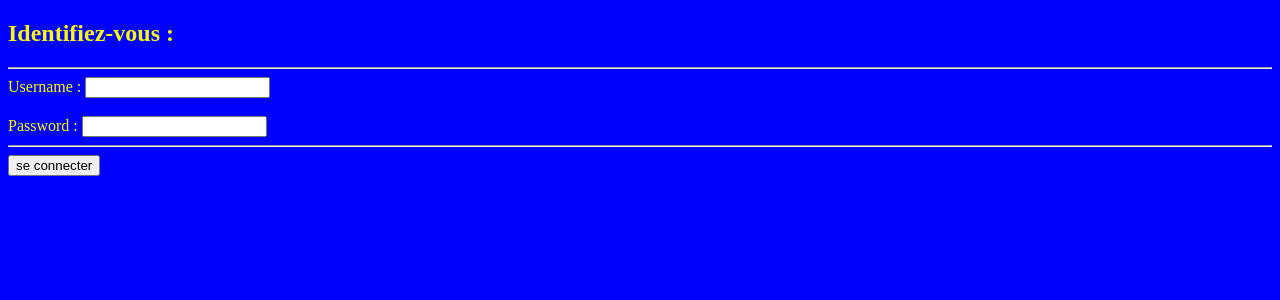
Repository: Chakir-Manale/GI_ENSAO
Page: GI4/S1/JEE/WorkSpace/TP2/WebContent/Identification.html
An editor plug-in stored every save of this project. The page is shown before and after the next save, followed by the edit.
The browser window is 1280 px wide. The pictures show the whole page.

Above is the page before, as saved 2018-10-20 17:18:34.

After the next save:
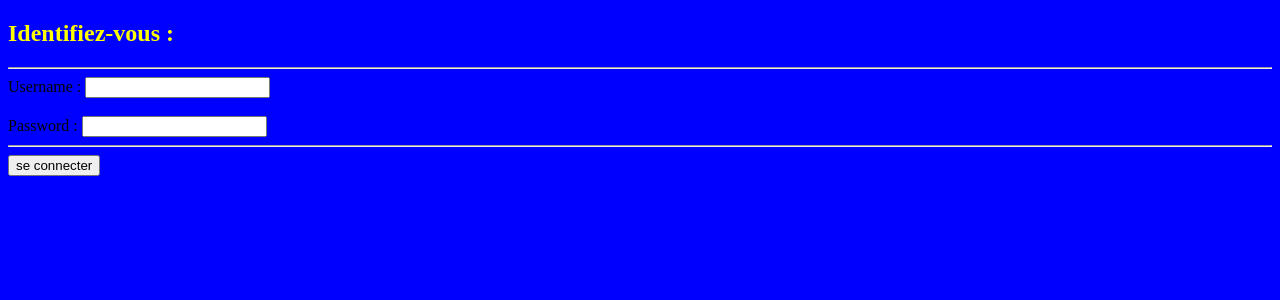
Saved 16 s later.
--- a/GI4/S1/JEE/WorkSpace/TP2/WebContent/Identification.html
+++ b/GI4/S1/JEE/WorkSpace/TP2/WebContent/Identification.html
@@ -8,7 +8,7 @@
 <style>
 		body {
 			background: blue;
-			 color: yellow
+			 color: black;
 		}
 
 		.form-container > form > div{
